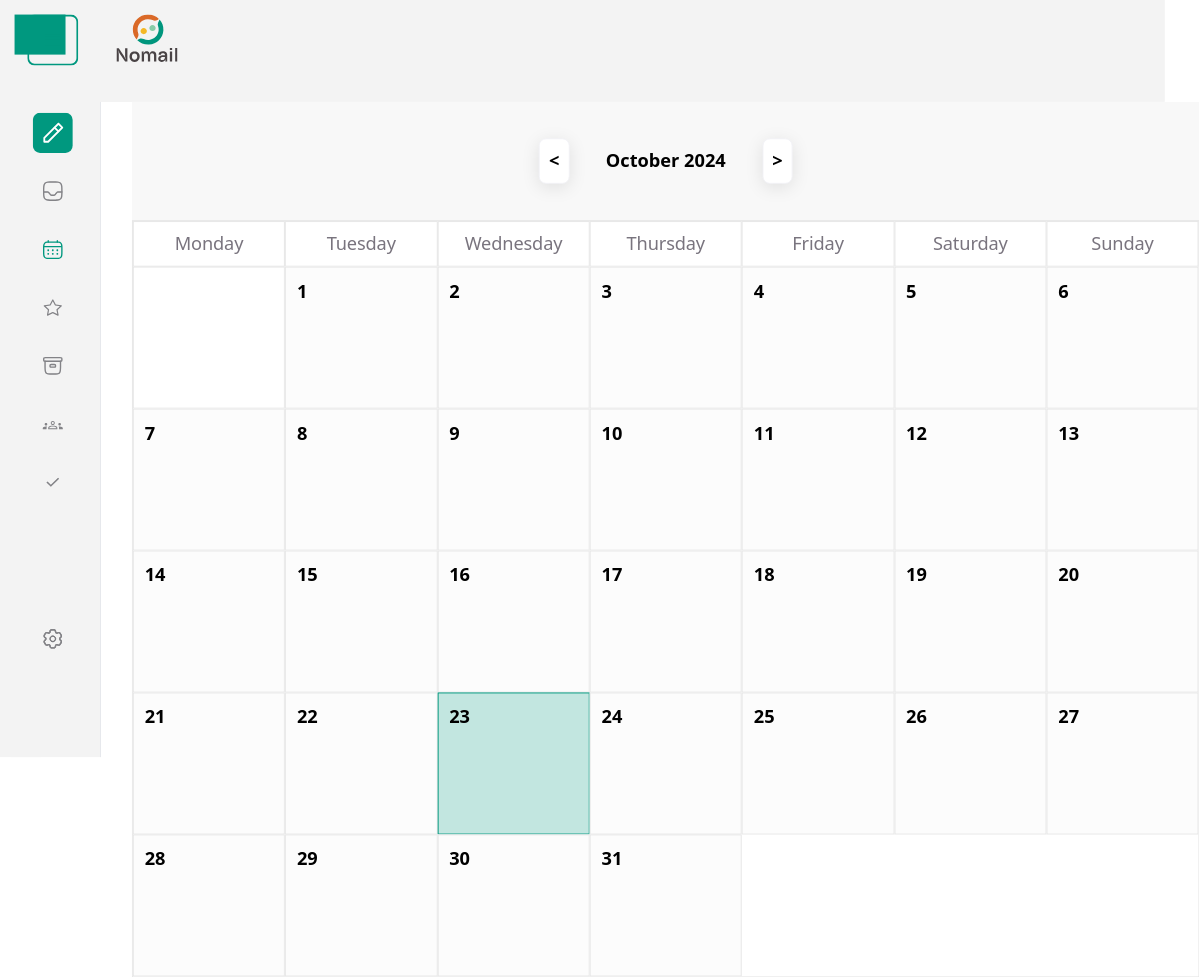
Repository: Tofigkh1/Nomail-App
Page: /calendar
These files come from the project's save history. The page is drawn as it stood at one moment and after the next save; the edit follows.
The browser window is 1280 px wide. The page is 1318 px wide, then 1288 px, so the pictures cover 1318 px, including what lies to the right of the window. The pictures show the whole page, at 91% of full size.
The project was rebuilt for these pictures with package versions that can differ from the ones it lists, and the page was loaded fresh each time. The framework's server and built-in components were replaced by stand-ins that run in the browser. Also part of the build but not shown: next.config.mjs, components/shared/svg/calendarSvg.jsx.

Above is the page before, as saved 2024-10-23 03:26:05.

### app/layout.tsx
import type { Metadata } from "next";
import localFont from "next/font/local";
import "./Styles/globals.css";
import Header from "@/components/shared/client/Header/header";

const geistSans = localFont({
  src: "./fonts/GeistVF.woff",
  variable: "--font-geist-sans",
  weight: "100 900",
});
const geistMono = localFont({
  src: "./fonts/GeistMonoVF.woff",
  variable: "--font-geist-mono",
  weight: "100 900",
});

export const metadata: Metadata = {
  title: "Create Next App",
  description: "Generated by create next app",
};

export default function RootLayout({
  children,
}: Readonly<{
  children: React.ReactNode;
}>) {
  return (
    <html lang="en">
      <body
        className={`${geistSans.variable} ${geistMono.variable} antialiased`}
      >
        {children}

      </body>
    </html>
  );
}

### app/Styles/globals.css
@tailwind base;
@tailwind components;
@tailwind utilities;


.App {
  font-family: sans-serif;
  text-align: center;
}


:root {
  --background: #ffffff;
  --foreground: #171717;
}

@media (prefers-color-scheme: dark) {
  :root {
    --background: #0a0a0a;
    --foreground: #ededed;
  }
}


@layer utilities {
  .text-balance {
    text-wrap: balance;
  }
}

### components/shared/client/Header/header.tsx
import { useContext } from "react";
import { SidebarContext } from '../SideBarMenu/sideBarMenu'; // Import context
import NomailLogo from "@/components/shared/svg/headerlLogoSvg";
import HamburgerBtnSvg from "../../svg/hamburgerBtnSvg"



export default function Header() {

    const { expanded, setExpanded } = useContext(SidebarContext); // Access context

    return (
        <div className="flex items-center justify-between p-4 bg-headerColor text-white">
            <div className='w-auto h-20 flex gap-14'>

                <div>
                    <button onClick={() => setExpanded(!expanded)}
                            className="pl-3.5 bg-textColorGreen hover:bg-clientButtonGreen w-14 h-11">
                        <HamburgerBtnSvg/>
                    </button>
                </div>

                <div>
                    <NomailLogo/>
                </div>


            </div>
        </div>
    );
}

### components/shared/client/SideBarMenu/sideBarMenu.tsx
import React, { useState, useContext, ReactNode } from "react";
import { ChevronFirst, ChevronLast } from "lucide-react";

export const SidebarContext = React.createContext<{ expanded: boolean; setExpanded: (expanded: boolean) => void; }>({
    expanded: false,
    setExpanded: () => {},
});

// Sidebar component now depends on context for state
export default function Sidebar({ children }: { children: ReactNode }) {
    const { expanded, setExpanded } = useContext(SidebarContext);

    return (
        <aside className="h-screen bg-headerColor">
            <nav
                className={`h-full flex flex-col bg-headerColor border-r border-whiteLight3 transition-all duration-200 ease-in-out ml-3 ${expanded ? "w-[127%] h-[130%] " : "w-[99px]"}`}>

                <ul className=" flex-1 px-3">{children}</ul>
            </nav>
        </aside>
    );
}

// SidebarItem component for individual items inside the sidebar
type SidebarItemProps = {
    icon: ReactNode;   // Icon to display in the sidebar item
    text: string;      // Text to display in the sidebar item
    active: boolean;   // Boolean to determine if the item is active (highlighted)
    onClick: () => void; // Add onClick function to handle clicks
    style?: React.CSSProperties;
};

export function SidebarItem({icon, text, active, onClick,style}: SidebarItemProps) {
    const context = useContext(SidebarContext); // Sidebar context to manage expanded/collapsed state
    const {expanded} = context!;

    return (
        <li
            onClick={onClick} // Attach the click handler here
            style={style}
            className={`group relative flex items-center py-2 px-3 my-1 font-medium rounded-md cursor-pointer duration-300 ease-in-out transition-colors
          ${
                active
                    ? " text-mainRedLight " // Active item style
                    : " text-gray-600 " // Hover style for non-active items
            }`}
        >

            <span className="text-xl transition-all duration-300 ease-in-out">
        {icon}
      </span>

            {/* Text büyütüldü ve boşluk artırıldı */}
            {expanded && (
                <span className="ml-4 text-xl text-black transition-all duration-300 ease-in-out ">
          {text}
        </span>
            )}

            {/* Navbar kapalıyken hover ile çıkan isimler için arka plan yeşil yapıldı */}
            {!expanded && (
                <span
                    className={` absolute left-full whitespace-nowrap bg-textColorGreen text-white rounded-md py-1 px-2 transition-all duration-300 ease-in-out ml-2 opacity-0 group-hover:opacity-100`}
                >
          {text}
        </span>
            )}
        </li>
    );
}

### components/shared/svg/newMail.jsx
'use client'
export default function  newMail(){
    return(
        <>
            <svg width="44" height="44" viewBox="0 0 44 44" fill="none" xmlns="http://www.w3.org/2000/svg">
                <rect width="44" height="44" rx="8" fill="#00987F"/>
                <path fill-rule="evenodd" clip-rule="evenodd"
                      d="M27.5115 11.2439C27.902 10.8534 28.5351 10.8534 28.9257 11.2438L33.1687 15.4863C33.3562 15.6739 33.4616 15.9282 33.4616 16.1935C33.4616 16.4587 33.3562 16.7131 33.1687 16.9006L17.6122 32.4571C17.4247 32.6446 17.1703 32.75 16.9051 32.75H12.6626C12.1103 32.75 11.6626 32.3023 11.6626 31.75V27.5075C11.6626 27.2423 11.768 26.9879 11.9555 26.8004L27.5115 11.2439ZM28.2187 13.3652L13.6626 27.9217V30.75H16.4909L31.0473 16.1935L28.2187 13.3652Z"
                      fill="white"/>
                <path fill-rule="evenodd" clip-rule="evenodd"
                      d="M23.269 15.4864C23.6595 15.0959 24.2927 15.0959 24.6832 15.4864L28.9257 19.7289C29.3162 20.1194 29.3162 20.7526 28.9257 21.1431C28.5352 21.5336 27.902 21.5336 27.5115 21.1431L23.269 16.9006C22.8784 16.5101 22.8784 15.8769 23.269 15.4864Z"
                      fill="white"/>
            </svg>


        </>
    )
}

### components/shared/svg/FavoritesSvg.jsx
'use client'
export default function  favoritesSvg(){
    return(
        <>
            <svg width="44" height="44" viewBox="0 0 44 44" fill="none" xmlns="http://www.w3.org/2000/svg">
                <path
                    d="M15.5808 30.2201C15.4833 30.7528 16.0307 31.1692 16.5132 30.9316L22.0006 28.2246L27.4868 30.9316C27.9693 31.1692 28.5168 30.7528 28.4193 30.2213L27.3818 24.5457L31.7842 20.5188C32.1967 20.142 31.9842 19.4533 31.4317 19.3789L25.3093 18.5438L22.5794 13.3517C22.5274 13.2465 22.4453 13.1576 22.3428 13.0953C22.2402 13.0331 22.1214 13 22 13C21.8787 13 21.7598 13.0331 21.6573 13.0953C21.5547 13.1576 21.4727 13.2465 21.4206 13.3517L18.6907 18.545L12.5683 19.3801C12.0171 19.4545 11.8033 20.1432 12.2146 20.52L16.6182 24.5469L15.5808 30.2225V30.2201ZM21.7119 26.8999L17.1045 29.1725L17.972 24.4245C17.9928 24.3152 17.9852 24.2026 17.9496 24.0969C17.914 23.9911 17.8517 23.8955 17.7682 23.8185L14.1358 20.4948L19.2007 19.8037C19.3054 19.788 19.4046 19.7484 19.4901 19.6883C19.5756 19.6281 19.6448 19.5492 19.6919 19.4581L21.9981 15.0688L24.3068 19.4581C24.354 19.5492 24.4232 19.6281 24.5086 19.6883C24.5941 19.7484 24.6934 19.788 24.7981 19.8037L29.863 20.4936L26.2306 23.8173C26.1469 23.8944 26.0844 23.9903 26.0488 24.0962C26.0133 24.2022 26.0057 24.315 26.0268 24.4245L26.8943 29.1725L22.2869 26.8999C22.1979 26.8555 22.0991 26.8324 21.9988 26.8324C21.8985 26.8324 21.8009 26.8555 21.7119 26.8999Z"
                    fill="#A4A4A9"/>
                <path
                    d="M15.5808 30.2201C15.4833 30.7528 16.0307 31.1692 16.5132 30.9316L22.0006 28.2246L27.4868 30.9316C27.9693 31.1692 28.5168 30.7528 28.4193 30.2213L27.3818 24.5457L31.7842 20.5188C32.1967 20.142 31.9842 19.4533 31.4317 19.3789L25.3093 18.5438L22.5794 13.3517C22.5274 13.2465 22.4453 13.1576 22.3428 13.0953C22.2402 13.0331 22.1214 13 22 13C21.8787 13 21.7598 13.0331 21.6573 13.0953C21.5547 13.1576 21.4727 13.2465 21.4206 13.3517L18.6907 18.545L12.5683 19.3801C12.0171 19.4545 11.8033 20.1432 12.2146 20.52L16.6182 24.5469L15.5808 30.2225V30.2201ZM21.7119 26.8999L17.1045 29.1725L17.972 24.4245C17.9928 24.3152 17.9852 24.2026 17.9496 24.0969C17.914 23.9911 17.8517 23.8955 17.7682 23.8185L14.1358 20.4948L19.2007 19.8037C19.3054 19.788 19.4046 19.7484 19.4901 19.6883C19.5756 19.6281 19.6448 19.5492 19.6919 19.4581L21.9981 15.0688L24.3068 19.4581C24.354 19.5492 24.4232 19.6281 24.5086 19.6883C24.5941 19.7484 24.6934 19.788 24.7981 19.8037L29.863 20.4936L26.2306 23.8173C26.1469 23.8944 26.0844 23.9903 26.0488 24.0962C26.0133 24.2022 26.0057 24.315 26.0268 24.4245L26.8943 29.1725L22.2869 26.8999C22.1979 26.8555 22.0991 26.8324 21.9988 26.8324C21.8985 26.8324 21.8009 26.8555 21.7119 26.8999Z"
                    fill="black" fill-opacity="0.2"/>
            </svg>


        </>
    )
}

### components/shared/svg/ArchiveSvg.jsx
'use client'
export default function archiveSvg(){
    return(
        <>
            <svg width="44" height="44" viewBox="0 0 44 44" fill="none" xmlns="http://www.w3.org/2000/svg">
                <path
                    d="M19 22C19 21.534 19 21.301 19.076 21.117C19.1777 20.8725 19.3723 20.6783 19.617 20.577C19.801 20.5 20.034 20.5 20.5 20.5H23.5C23.966 20.5 24.199 20.5 24.383 20.576C24.6275 20.6777 24.8217 20.8723 24.923 21.117C25 21.301 25 21.534 25 22C25 22.466 25 22.699 24.924 22.883C24.8223 23.1275 24.6277 23.3217 24.383 23.423C24.199 23.5 23.966 23.5 23.5 23.5H20.5C20.034 23.5 19.801 23.5 19.617 23.424C19.3725 23.3223 19.1783 23.1277 19.077 22.883C19 22.699 19 22.466 19 22Z"
                    stroke="#A4A4A9" stroke-width="1.5"/>
                <path
                    d="M19 22C19 21.534 19 21.301 19.076 21.117C19.1777 20.8725 19.3723 20.6783 19.617 20.577C19.801 20.5 20.034 20.5 20.5 20.5H23.5C23.966 20.5 24.199 20.5 24.383 20.576C24.6275 20.6777 24.8217 20.8723 24.923 21.117C25 21.301 25 21.534 25 22C25 22.466 25 22.699 24.924 22.883C24.8223 23.1275 24.6277 23.3217 24.383 23.423C24.199 23.5 23.966 23.5 23.5 23.5H20.5C20.034 23.5 19.801 23.5 19.617 23.424C19.3725 23.3223 19.1783 23.1277 19.077 22.883C19 22.699 19 22.466 19 22Z"
                    stroke="black" stroke-opacity="0.2" stroke-width="1.5"/>
                <path
                    d="M30.5 17V23C30.5 26.771 30.5 28.657 29.328 29.828C28.157 31 26.271 31 22.5 31H21.5C17.729 31 15.843 31 14.672 29.828C13.5 28.657 13.5 26.771 13.5 23V17"
                    stroke="#A4A4A9" stroke-width="1.5" stroke-linecap="round"/>
                <path
                    d="M30.5 17V23C30.5 26.771 30.5 28.657 29.328 29.828C28.157 31 26.271 31 22.5 31H21.5C17.729 31 15.843 31 14.672 29.828C13.5 28.657 13.5 26.771 13.5 23V17"
                    stroke="black" stroke-opacity="0.2" stroke-width="1.5" stroke-linecap="round"/>
                <path
                    d="M12 15C12 14.057 12 13.586 12.293 13.293C12.586 13 13.057 13 14 13H30C30.943 13 31.414 13 31.707 13.293C32 13.586 32 14.057 32 15C32 15.943 32 16.414 31.707 16.707C31.414 17 30.943 17 30 17H14C13.057 17 12.586 17 12.293 16.707C12 16.414 12 15.943 12 15Z"
                    stroke="#A4A4A9" stroke-width="1.5"/>
                <path
                    d="M12 15C12 14.057 12 13.586 12.293 13.293C12.586 13 13.057 13 14 13H30C30.943 13 31.414 13 31.707 13.293C32 13.586 32 14.057 32 15C32 15.943 32 16.414 31.707 16.707C31.414 17 30.943 17 30 17H14C13.057 17 12.586 17 12.293 16.707C12 16.414 12 15.943 12 15Z"
                    stroke="black" stroke-opacity="0.2" stroke-width="1.5"/>
            </svg>

        </>
    )
}

### components/shared/svg/TodoSvg.jsx
'use client'
export default function  todoSvg(){
    return(
        <>
            <svg width="44" height="44" viewBox="0 0 44 44" fill="none" xmlns="http://www.w3.org/2000/svg">
                <path d="M19.8957 27L15 22.2599L16.2239 21.0748L19.8957 24.6299L27.7761 17L29 18.185L19.8957 27Z"
                      fill="#A4A4A9"/>
                <path d="M19.8957 27L15 22.2599L16.2239 21.0748L19.8957 24.6299L27.7761 17L29 18.185L19.8957 27Z"
                      fill="black" fill-opacity="0.2"/>
            </svg>

        </>
    )
}

### components/shared/svg/calendarActiveSvg.jsx
'use client'
export default function  calendarActiveSvg(){
    return(
        <>



     <svg width="44" height="44" viewBox="0 0 44 44" fill="none" xmlns="http://www.w3.org/2000/svg">
<path fill-rule="evenodd" clip-rule="evenodd" d="M15.711 14.8898C14.7049 15.0251 14.1254 15.2789 13.7026 15.7021C13.2793 16.125 13.0251 16.7049 12.8898 17.711C12.7516 18.7386 12.75 20.0933 12.75 22V24C12.75 25.9067 12.7516 27.2614 12.8898 28.289C13.0251 29.2951 13.2789 29.8746 13.7021 30.2974C14.125 30.7207 14.7049 30.9749 15.711 31.1102C16.7386 31.2484 18.0933 31.25 20 31.25H24C25.9067 31.25 27.2614 31.2484 28.289 31.1102C29.2951 30.9749 29.8746 30.7211 30.2974 30.2979C30.7207 29.875 30.9749 29.2951 31.1102 28.289C31.2484 27.2614 31.25 25.9067 31.25 24V22C31.25 20.0933 31.2484 18.7386 31.1102 17.711C30.9749 16.7049 30.7211 16.1254 30.2979 15.7026C29.875 15.2793 29.2951 15.0251 28.289 14.8898C27.2614 14.7516 25.9067 14.75 24 14.75H20C18.0933 14.75 16.7386 14.7516 15.711 14.8898ZM19.9436 13.25H24.0564C25.8941 13.25 27.3497 13.25 28.489 13.4032C29.6612 13.5608 30.6101 13.893 31.3581 14.6414C32.1069 15.3896 32.4391 16.3386 32.5968 17.511C32.75 18.6503 32.75 20.1059 32.75 21.9436V24.0565C32.75 25.8941 32.75 27.3498 32.5968 28.489C32.4391 29.6613 32.1069 30.6102 31.3583 31.3583C30.6102 32.1069 29.6613 32.4391 28.489 32.5968C27.3498 32.75 25.8941 32.75 24.0565 32.75H19.9436C18.1059 32.75 16.6503 32.75 15.511 32.5968C14.3386 32.4391 13.3896 32.1069 12.6414 31.3581C11.893 30.6101 11.5608 29.6612 11.4032 28.489C11.25 27.3497 11.25 25.8941 11.25 24.0564V21.9436C11.25 20.1059 11.25 18.6503 11.4032 17.511C11.5609 16.3387 11.8931 15.3898 12.6417 14.6417C13.3898 13.8931 14.3387 13.5609 15.511 13.4032C16.6503 13.25 18.1059 13.25 19.9436 13.25Z" fill="#00987F"/>
<path fill-rule="evenodd" clip-rule="evenodd" d="M17 11.75C17.4142 11.75 17.75 12.0858 17.75 12.5V14C17.75 14.4142 17.4142 14.75 17 14.75C16.5858 14.75 16.25 14.4142 16.25 14V12.5C16.25 12.0858 16.5858 11.75 17 11.75ZM27 11.75C27.4142 11.75 27.75 12.0858 27.75 12.5V14C27.75 14.4142 27.4142 14.75 27 14.75C26.5858 14.75 26.25 14.4142 26.25 14V12.5C26.25 12.0858 26.5858 11.75 27 11.75ZM11.75 19C11.75 18.5858 12.0858 18.25 12.5 18.25H31.5C31.9142 18.25 32.25 18.5858 32.25 19C32.25 19.4142 31.9142 19.75 31.5 19.75H12.5C12.0858 19.75 11.75 19.4142 11.75 19Z" fill="#00987F"/>
<path d="M28 27C28 27.2652 27.8946 27.5196 27.7071 27.7071C27.5196 27.8946 27.2652 28 27 28C26.7348 28 26.4804 27.8946 26.2929 27.7071C26.1054 27.5196 26 27.2652 26 27C26 26.7348 26.1054 26.4804 26.2929 26.2929C26.4804 26.1054 26.7348 26 27 26C27.2652 26 27.5196 26.1054 27.7071 26.2929C27.8946 26.4804 28 26.7348 28 27ZM28 23C28 23.2652 27.8946 23.5196 27.7071 23.7071C27.5196 23.8946 27.2652 24 27 24C26.7348 24 26.4804 23.8946 26.2929 23.7071C26.1054 23.5196 26 23.2652 26 23C26 22.7348 26.1054 22.4804 26.2929 22.2929C26.4804 22.1054 26.7348 22 27 22C27.2652 22 27.5196 22.1054 27.7071 22.2929C27.8946 22.4804 28 22.7348 28 23ZM23 27C23 27.2652 22.8946 27.5196 22.7071 27.7071C22.5196 27.8946 22.2652 28 22 28C21.7348 28 21.4804 27.8946 21.2929 27.7071C21.1054 27.5196 21 27.2652 21 27C21 26.7348 21.1054 26.4804 21.2929 26.2929C21.4804 26.1054 21.7348 26 22 26C22.2652 26 22.5196 26.1054 22.7071 26.2929C22.8946 26.4804 23 26.7348 23 27ZM23 23C23 23.2652 22.8946 23.5196 22.7071 23.7071C22.5196 23.8946 22.2652 24 22 24C21.7348 24 21.4804 23.8946 21.2929 23.7071C21.1054 23.5196 21 23.2652 21 23C21 22.7348 21.1054 22.4804 21.2929 22.2929C21.4804 22.1054 21.7348 22 22 22C22.2652 22 22.5196 22.1054 22.7071 22.2929C22.8946 22.4804 23 22.7348 23 23ZM18 27C18 27.2652 17.8946 27.5196 17.7071 27.7071C17.5196 27.8946 17.2652 28 17 28C16.7348 28 16.4804 27.8946 16.2929 27.7071C16.1054 27.5196 16 27.2652 16 27C16 26.7348 16.1054 26.4804 16.2929 26.2929C16.4804 26.1054 16.7348 26 17 26C17.2652 26 17.5196 26.1054 17.7071 26.2929C17.8946 26.4804 18 26.7348 18 27ZM18 23C18 23.2652 17.8946 23.5196 17.7071 23.7071C17.5196 23.8946 17.2652 24 17 24C16.7348 24 16.4804 23.8946 16.2929 23.7071C16.1054 23.5196 16 23.2652 16 23C16 22.7348 16.1054 22.4804 16.2929 22.2929C16.4804 22.1054 16.7348 22 17 22C17.2652 22 17.5196 22.1054 17.7071 22.2929C17.8946 22.4804 18 22.7348 18 23Z" fill="#00987F"/>
</svg>



        </>
    )
}

### components/shared/svg/hamburgerBtnSvg.jsx
'use client'
export default function  HamburgerBtnSvg(){
    return(
        <>
            <svg width="56" height="56" viewBox="0 0 56 56" fill="none" xmlns="http://www.w3.org/2000/svg">
                <rect x="1" y="1" width="54" height="54" rx="7" stroke="#00987F" stroke-width="2"/>
                <path d="M19 22H37V24H19V22ZM19 27H37V29H19V27ZM19 32H37V34H19V32Z" fill="#00987F"/>
            </svg>


        </>
    )
}

### components/shared/client/Calendar/Calendar.css
.calendar-container {
    width: 95%;
    background-color: #f8f8f8;
    color: black;
    margin: 0 auto;
    margin-left: 100px;
  }

  .calendar-header {
    display: flex;
    justify-content: center;
    align-items: center;
    gap: 40px;
    padding: 40px 0;
  }

  .calendar-header button {
    background-color: white;
    color: black;
    border-radius: 8px;
    border: 1px solid #f2f2f7;
    padding: 10px;
    cursor: pointer;
    box-shadow: 0px 4px 20px 0px rgba(0, 0, 0, 0.1);
  }

  .calendar-header span {
    font-weight: bold;
  }

  .calendar-grid {
    display: grid;
    grid-template-columns: repeat(7, 1fr);
    justify-content: center;
    align-items: center;
    border: 1px solid #e5e5e5;
    background-color: #fff;
  }

  .calendar-day-name {
    font-size: 20px;
    font-style: normal;
    font-weight: 400;
    letter-spacing: -0.15px;
    color: #79747e;
    padding: 10px;
    border: 1px solid #e5e5e5;
    width: 100%;
    text-align: center;
  }

  .calendar-day {
    background-color: #f0f0f0;
    text-align: center;
    cursor: pointer;
    display: flex;
    width: 100%;
    border: 1px solid #e5e5e5;
    padding: 12px;
    height: 156px;
    flex-direction: column;
    align-items: flex-start;
    background-color: #fcfcfc;
  }
  .calendar-day:hover {
    background-color: #e5e5ea;
  }

  .calendar-day.today {
    border: 1px solid #00987f;
    background-color: #00987f3d;
  }

  .calendar-day.empty {
    background-color: transparent;
    cursor: default;
  }

  .calendar-popup {
    position: fixed;
    top: 20%;
    left: 50%;
    transform: translate(-50%, 0);
    background-color: white;
    border: 1px solid #ddd;
    box-shadow: 0 2px 10px rgba(0, 0, 0, 0.1);
    z-index: 1000;
    display: flex;
    flex-direction: column;
    gap: 5px;
  }

  .popup-header {
    width: 100%;
    display: flex;
    justify-content: space-between;
    box-shadow: 2px 2px 40px 0px rgba(0, 0, 0, 0.16);
    padding: 10px;
  }

  .discard-btn,
  .save-btn {
    background-color: #fff;
    border: none;
    padding: 5px 10px;
    cursor: pointer;
    font-size: 14px;
    border-radius: 4px;
  }
  .popup-external {
    display: flex;
    justify-content: space-between;
    align-items: center;
  }
  .save-btn {
    background-color: #00987f;
    color: white;
    display: flex;
    align-items: center;
    justify-content: space-between;
    gap: 5px;
    padding: 7.5px 8px;
  }

  .discard-btn {
    color: white;
    display: flex;
    align-items: flex-start;
    gap: 8px;
    color: black;
  }

  .popup-content {
    display: flex;
    flex-direction: column;
    gap: 10px;
    padding: 10px;
  }
  .firstContainer {
    display: flex;
    justify-content: center;
    gap: 10px;
    padding: 10px;
  }
  .secondContainer {
    display: flex;
    align-items: center;
    gap: 10px;
    padding: 10px;
  }
  .thirdContainer {
    display: flex;
    align-items: center;
    gap: 10px;
    padding: 10px;
  }
  .inputContainers {
    display: flex;
    gap: 10px;
  }
  .dateInput {
    padding: 5px;
    border: 1px solid #e5e5e5;
    border-radius: 10px;
  }
  .timeInput {
    padding: 5px;
    border: 1px solid #e5e5e5;
    border-radius: 10px;
  }
  .textAreaInput {
      padding: 5px;
      width: 100%;
  }
  .textAreaInput:focus {
      outline: none;
      border-bottom: 2px solid #00987f;
  }
  .textInput {
      padding: 5px;
  }
  .textInput:focus {
      outline: none;
      border-bottom: 2px solid #00987f;
  }
  .event-list {
      width: 100%;
      height: 100%;
      display: flex;
      align-items: end;
  }
  .event-item {
      display: flex;
      justify-content: space-between;
      align-items: center;
      width: 100%;
  }
  .goldenText {
      color: #FFC531;
  }


  /* Toggle düğmesi (switch) stil */
  .switch {
      position: relative;
      display: inline-block;
      width: 50px;
      height: 24px;
    }

    /* Gizlenen varsayılan checkbox */
    .switch input {
      opacity: 0;
      width: 0;
      height: 0;
    }

    /* Slider stil (toggle kısmı) */
    .slider {
      position: absolute;
      cursor: pointer;
      top: 0;
      left: 0;
      right: 0;
      bottom: 0;
      background-color: #ccc;
      transition: 0.4s;
      border-radius: 34px;
    }

    .slider:before {
      position: absolute;
      content: "";
      height: 20px;
      width: 20px;
      left: 4px;
      bottom: 2px;
      background-color: white;
      transition: 0.4s;
      border-radius: 50%;
    }

    /* Checkbox checked olunca stil */
    input:checked + .slider {
      background-color: #2196F3;
    }

    /* Toggle yuvarlağının sağa geçmesi */
    input:checked + .slider:before {
      transform: translateX(26px);
    }

    /* Slider yuvarlatılmış köşeler */
    .slider.round {
      border-radius: 34px;
    }

    .slider.round:before {
        border-radius:50%;
}

### tailwind.config.ts
import type { Config } from "tailwindcss";

const config: Config = {
  content: [
    "./pages/**/*.{js,ts,jsx,tsx,mdx}",
    "./components/**/*.{js,ts,jsx,tsx,mdx}",
    "./app/**/*.{js,ts,jsx,tsx,mdx}",
  ],
  theme: {
    extend: {
      colors: {
        background: "var(--background)",
        foreground: "var(--foreground)",
        headerColor: "#F3F3F3",
        textColorGreen: "#00987F",
        textGray: "#A4A4A9",
        sideBarColor: "#E5E5E5",
        textColGreen: "#00987F",
        bordersColor: "#D1D1D6"
      },
    },
  },
  plugins: [],
};
export default config;

Loaded but not shown: components/shared/svg/settingSvg.jsx (25 lines, source omitted); components/shared/client/Calendar/index.jsx (361 lines, source omitted); components/shared/svg/InboxSvg.jsx (17 lines, source omitted); components/shared/svg/groupSvg.jsx (17 lines, source omitted); components/shared/svg/headerlLogoSvg.jsx (38 lines, source omitted); app/calendar/page.tsx (100 lines, source omitted)

After the next save:
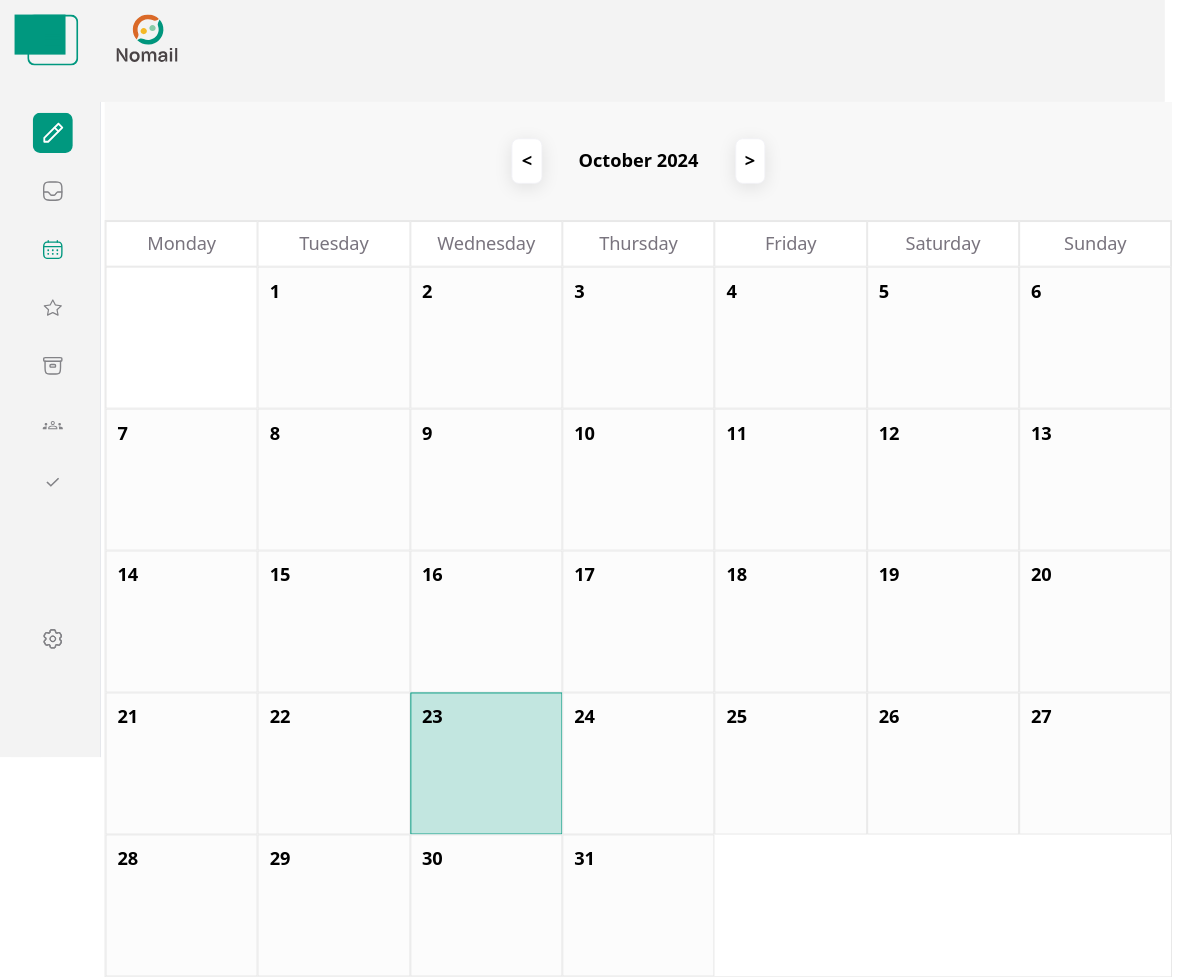
Saved 7 s later.
--- a/components/shared/client/Calendar/Calendar.css
+++ b/components/shared/client/Calendar/Calendar.css
@@ -3,7 +3,7 @@
     background-color: #f8f8f8;
     color: black;
     margin: 0 auto;
-    margin-left: 100px;
+    margin-left: 70px;
   }
 
   .calendar-header {
